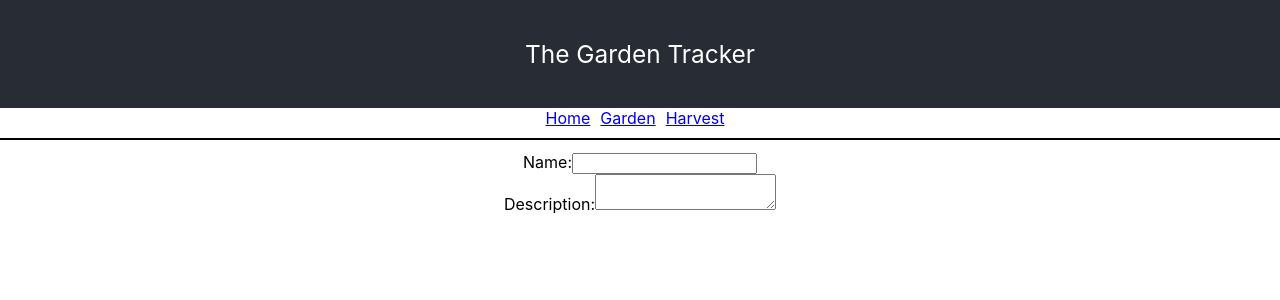
Repository: charliejp0311/ReactReduxFinal
Page: /garden (app in gardentracker/)
An editor plug-in stored every save of this project. The page is shown before and after the next save, followed by the edit.
The browser window is 1280 px wide. The pictures show the whole page.
The page's requests for data from a server got no answer. The project was rebuilt for these pictures with package versions that can differ from the ones it lists, and the page was loaded fresh each time. No one was signed in, and anything a server would have sent is missing. Also part of the build but not shown: gardentracker/src/containers/GardenbookContainer.js, gardentracker/src/containers/HarvestContainer.js.

Above is the page before, as saved 2020-11-04 15:04:15.

After the next save:
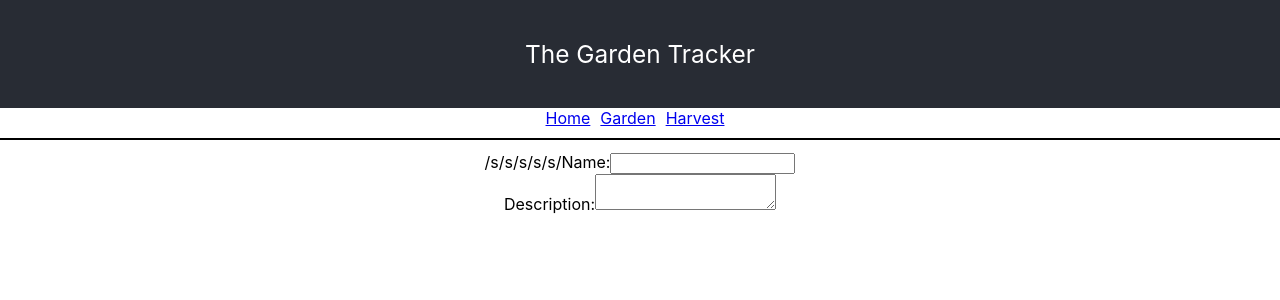
Saved 4 min 20 s later.
--- a/gardentracker/src/components/plantForm.js
+++ b/gardentracker/src/components/plantForm.js
@@ -6,7 +6,7 @@
         return(
             <form>
                 <label htmlFor='name' >
-                    Name:
+                    /s/s/s/s/s/Name:
                     <input type='text' name='name' />
                 </label><br />
                 <label htmlFor='description' >

After the save that followed:
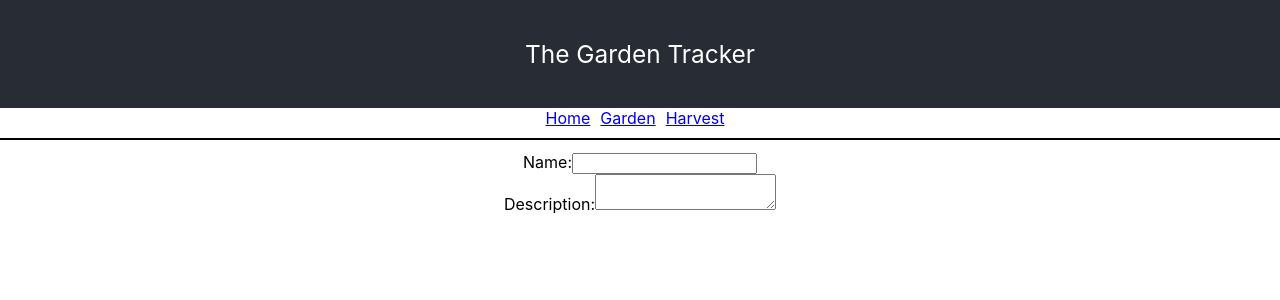
Saved 15 s later.
--- a/gardentracker/src/components/plantForm.js
+++ b/gardentracker/src/components/plantForm.js
@@ -6,7 +6,7 @@
         return(
             <form>
                 <label htmlFor='name' >
-                    /s/s/s/s/s/Name:
+                         Name:
                     <input type='text' name='name' />
                 </label><br />
                 <label htmlFor='description' >
